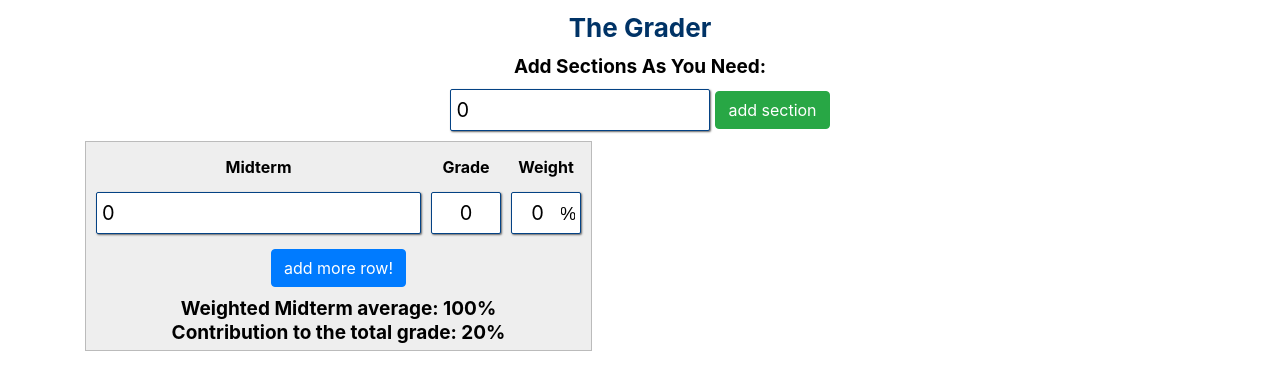
Repository: BarishNamazov/BarishNamazov.github.io
Page: thegrader/index.html
An editor plug-in stored every save of this project. The page is shown before and after the next save, followed by the edit.
The browser window is 1280 px wide. The pictures show the whole page.

Above is the page before, as saved 2020-10-31 18:28:21.

### thegrader/index.html
<!doctype html>
<html lang="en">
  <head>
    <meta charset="utf-8">
    <meta name="viewport" content="width=device-width, initial-scale=1, shrink-to-fit=no">

    <!-- Bootstrap CSS -->
    <link rel="stylesheet" href="https://cdn.jsdelivr.net/npm/bootstrap@4.5.3/dist/css/bootstrap.min.css" integrity="sha384-TX8t27EcRE3e/ihU7zmQxVncDAy5uIKz4rEkgIXeMed4M0jlfIDPvg6uqKI2xXr2" crossorigin="anonymous">

    <!-- Custon CSS -->
    <link rel="stylesheet" href="app.css">

    <title>The Grader</title>
  </head>
  <body>
    <div class="container">
      <div class="row">
        <div class="col-lg-12">
          <h1>The Grader</h1>

          <h3>Add Sections As You Need:</h3>

          <div class="divSectionAdder">
            <input type="text" class="sectionName" placeholder="section name (e.g. Quiz)"><button valign="center" class="btn btn-success sectionAdder" id="sectionAdder">add section</button>
          </div>

          <table class="gradePanel">
            <tbody>
              <tr>
                <td>
                  <table>
                    <tbody>
                      <tr class="rowHeader">
                        <td class="tableHeader tableName"><strong>Midterm</strong></td>
                        <td class="tableHeader"><strong>Grade</strong></td>
                        <td class="tableHeader"><strong>Weight</strong></td>
                      </tr>
                      <tr>
                        <td><input type="text" class="gradeName" value="Midterm 1"></td>
                        <td><input type="text" class="gradeValue" placeholder="100"></td>
                        <td><input type="text" class="gradeWeight percentIcon" placeholder="20"></td>
                      </tr>
                    </tbody>
                  </table>

                  <div class="moreRows"></div>

                  <button class="btn btn-primary rowAdder" id="section1RowAdder">add more row!</button>

                  <div class="gradeBar">
                    <h3>
                      Weighted <span class="nameOfSection">Midterm</span> average: <span class="sectionAverage">100</span>%
                      <br>
                      Contribution to the total grade: <span class="sectionContribution">20</span>%
                    </h3>
                  </div>
                </td>
              </tr>
            </tbody>
          </table>
          <div class="moreSections"></div>
        </div>
      </div>
    </div>



    <script src="https://code.jquery.com/jquery-3.5.1.slim.min.js" integrity="sha384-DfXdz2htPH0lsSSs5nCTpuj/zy4C+OGpamoFVy38MVBnE+IbbVYUew+OrCXaRkfj" crossorigin="anonymous"></script>
    <script src="https://cdn.jsdelivr.net/npm/bootstrap@4.5.3/dist/js/bootstrap.bundle.min.js" integrity="sha384-ho+j7jyWK8fNQe+A12Hb8AhRq26LrZ/JpcUGGOn+Y7RsweNrtN/tE3MoK7ZeZDyx" crossorigin="anonymous"></script>
    <script src="https://code.jquery.com/jquery-3.5.1.min.js" integrity="sha256-9/aliU8dGd2tb6OSsuzixeV4y/faTqgFtohetphbbj0=" crossorigin="anonymous"></script>
    <script src="scripts.js"></script>
  </body>
</html>

### thegrader/app.css
body,p,td,div,input,th,li,textarea{font-size:16px;color:#000;}

body{background:#fff;margin:0px;padding:0px;border:0;text-align: center;}

h1 {
  text-align: center;
  color: blue;
}
.divSectionAdder{
  margin: 10px auto;
  display: flex;
  align-items: center;
  justify-content: center;
}
.sectionName{
  margin-right: 5px;
  width: 260px;
}
.gradePanel{
	background:#eee;
	border: solid 1px #bbbbbb;
  padding: 10px;
  margin-bottom: 10px;
}
td{
  padding: 5px;
}

h1{color:#003366;font-size:26px;font-weight:bold;padding:0;margin:12px 0;}
#resulth1{background-color:#ffefe7;padding:0px 5px 0px 5px;border-top:#930 1px dotted;}
h2{font-size:22px;font-weight:bold;color:#003366;padding:0; margin-bottom: 2px;}
h3{font-size:19px;font-weight:bold;}
hr{border:0;color:#aaa;background-color:#aaa;height:1px;}
a{color:#069;text-decoration:underline;}
a:hover{text-decoration:none;}
input{padding: 5px;color:#000;}
select{padding: 4px;color:#000;}
option{font-size:16px;}
input[type=text],
input[type=number],
select {
	border: 1px solid #044284;
	border-radius: 2px;
	box-shadow: 1px 1px 2px #666;
	font-size:20px;
}

.tableHeader{
  text-align: center;
}
.rowHeader{
  height: 40px;
}
.gradeWeight, .gradeValue{
  text-align:center;
  width: 70px;
}
.percentIcon{
	background: white url('media/percent.svg') right 5px center no-repeat;
  padding-right: 22px;
}
.rowAdder{
  margin: 10px auto;
}
h3{
  display: inline;
}

### thegrader/scripts.js
var newRow = "<table><tbody><tr><td><input type=\"text\" class=\"gradeName\" value=\"Midterm X\" autocomplete=\"off\"></td><td><input type=\"text\" class=\"gradeValue\"></td><td><input type=\"text\" class=\"gradeWeight percentIcon\"></td></tr></tbody></table>\n ";

var newSection = "<table class=\"gradePanel\"> <tbody> <tr> <td> <table> <tbody> <tr class=\"rowHeader\"> <td class=\"tableHeader tableName\"><strong>Midterm</strong></td> <td class=\"tableHeader\"><strong>Grade</strong></td> <td class=\"tableHeader\"><strong>Weight</strong></td> </tr> <tr> <td><input type=\"text\" class=\"gradeName\" value=\"Midterm 1\" autocomplete=\"off\"></td> <td><input type=\"text\" class=\"gradeValue\" placeholder=\"100\"></td> <td><input type=\"text\" class=\"gradeWeight percentIcon\" placeholder=\"20\"></td> </tr> </tbody> </table> <div class=\"moreRows\"></div> <button class=\"btn btn-primary rowAdder\">add more row!</button> </td> </tr> </tbody> </table>";

$("input").attr("autocomplete", "off");
$("input").val(0);

if (!String.prototype.splice) {
  String.prototype.splice = function(start, delCount, newSubStr) {
      return this.slice(0, start) + newSubStr + this.slice(start + Math.abs(delCount));
  };
}

var sectionCount = 1;

function rowAdder(){
  var idx = $(this).parents(".gradePanel").find("table").length + 1;
  var namePanel = $(this).parents(".gradePanel").find(".tableName").text();
  var editedRow = newRow.replace("Midterm X", namePanel + " " + idx);
  $(this).parents(".gradePanel").find(".moreRows").before(editedRow);
  $(".gradeValue").change(updateSectionGrade);
  $(".gradeWeight").change(updateSectionGrade);
}
$(".rowAdder").on("click", rowAdder);

function sectionAdder(dir){
  var x = (typeof dir == "string") ? $(dir) : $(this);
  var sectionInputName = $(".sectionName").val();
  if (!sectionInputName) return;
  var editedSection = newSection.replaceAll("Midterm", sectionInputName);
  $(".moreSections").before(editedSection);
  $(".rowAdder").eq(sectionCount++).on("click", rowAdder);
  $(".sectionName").val(null);
}


$(".sectionAdder").on("click", sectionAdder);
$(".sectionName").on("keypress", function(e) {
  if (e.which == 13) {
    sectionAdder(".sectionName");
  }
})

function updateSectionGrade() {
  var section = $(this).parents(".gradePanel");
  var grades = section.find(".gradeValue"), weights = section.find(".gradeWeight");
  var contribution = 0.0;
  for (var i = 0; i < grades.length; i++) {
    // console.log(grades[i]);
    console.log(weights[i]);
    contribution += Number(grades[i].value) * Number(weights[i].value) / 100.0;
  }
  section.find(".sectionAverage").text(contribution);
}
$(".gradeValue").change(updateSectionGrade);
$(".gradeWeight").change(updateSectionGrade);

After the next save:
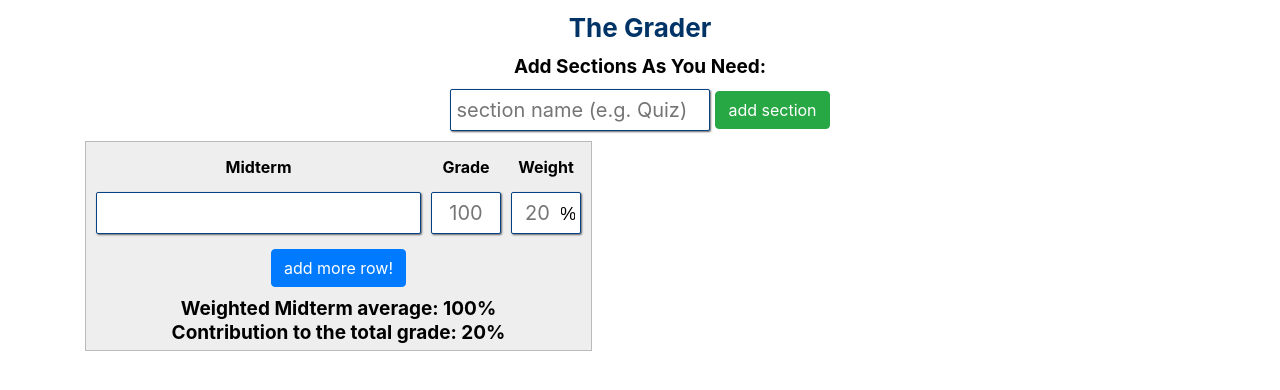
Saved 5 s later.
--- a/thegrader/scripts.js
+++ b/thegrader/scripts.js
@@ -3,7 +3,7 @@ var newRow = "<table><tbody><tr><td><input type=\"text\" class=\"gradeName\" val
 var newSection = "<table class=\"gradePanel\"> <tbody> <tr> <td> <table> <tbody> <tr class=\"rowHeader\"> <td class=\"tableHeader tableName\"><strong>Midterm</strong></td> <td class=\"tableHeader\"><strong>Grade</strong></td> <td class=\"tableHeader\"><strong>Weight</strong></td> </tr> <tr> <td><input type=\"text\" class=\"gradeName\" value=\"Midterm 1\" autocomplete=\"off\"></td> <td><input type=\"text\" class=\"gradeValue\" placeholder=\"100\"></td> <td><input type=\"text\" class=\"gradeWeight percentIcon\" placeholder=\"20\"></td> </tr> </tbody> </table> <div class=\"moreRows\"></div> <button class=\"btn btn-primary rowAdder\">add more row!</button> </td> </tr> </tbody> </table>";
 
 $("input").attr("autocomplete", "off");
-$("input").val(0);
+$("input").val(null);
 
 if (!String.prototype.splice) {
   String.prototype.splice = function(start, delCount, newSubStr) {
